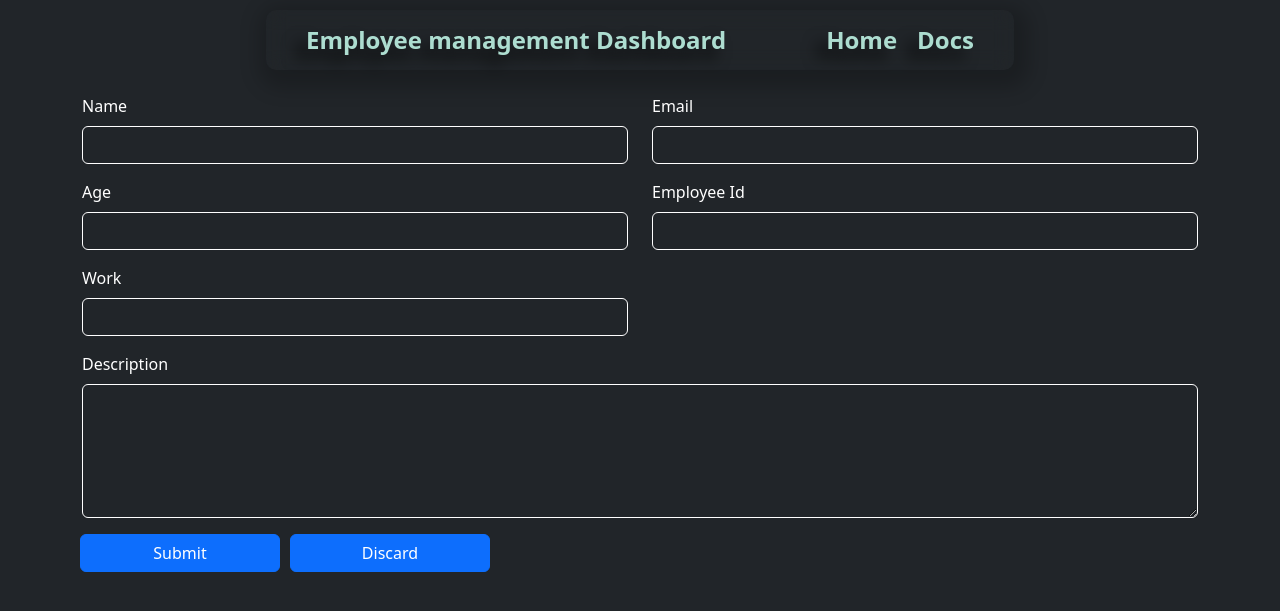
Repository: iamevs/Employee-Management-System
Page: /register (app in client/)
An editor plug-in stored every save of this project. The page is shown before and after the next save, followed by the edit.
The browser window is 1280 px wide. The pictures show the whole page.
The project was rebuilt for these pictures with package versions that can differ from the ones it lists, and the page was loaded fresh each time. Also part of the build but not shown: client/vite.config.js, client/src/components/Home.jsx, client/src/components/Edit.jsx, client/src/components/Hero.jsx. Imported but missing from the stored project, and not drawn on this page: client/src/components/Details.

Above is the page before, as saved 2022-11-29 00:50:24.

After the next save:
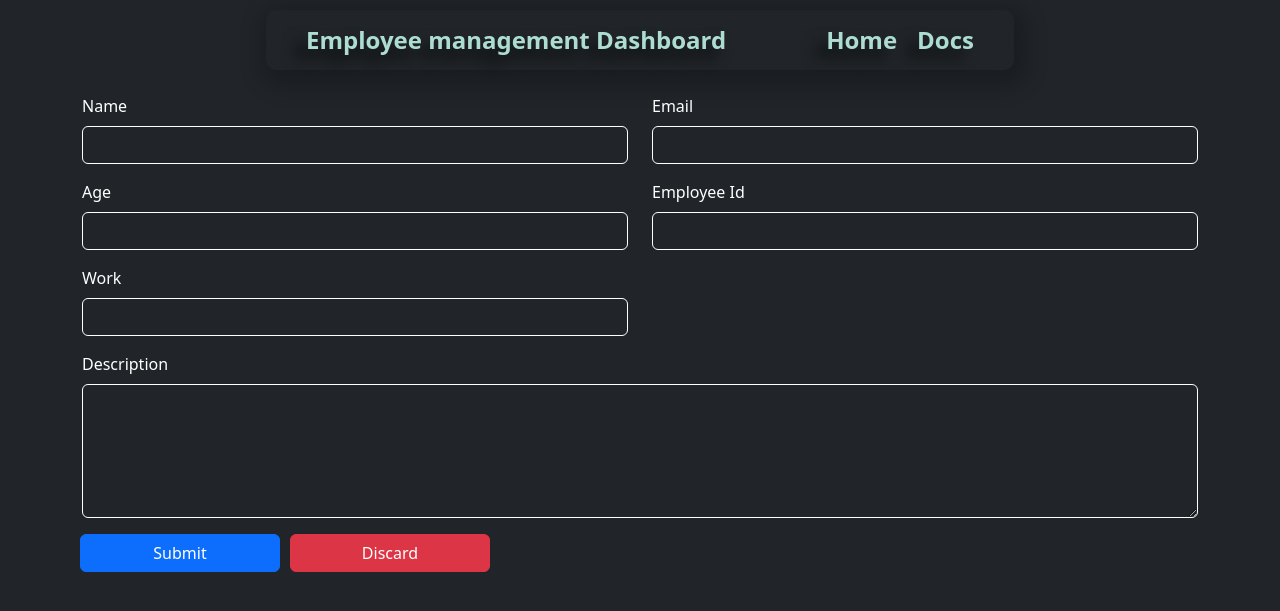
Saved 6 s later.
--- a/client/src/components/Register.jsx
+++ b/client/src/components/Register.jsx
@@ -108,7 +108,7 @@ const Register = () => {
                     </div>
 
                     <button type="submit" onClick={addinpdata} class="btn btn-primary" style={{width: "200px", marginLeft: "10px"}}>Submit</button>
-                    <a href="/home" className="btn btn-primary" style={{width: "200px", marginLeft: "10px"}}>Discard</a>
+                    <a href="/home" className="btn btn-danger" style={{width: "200px", marginLeft: "10px"}}>Discard</a>
                 </div>
             </form>
         </div>
